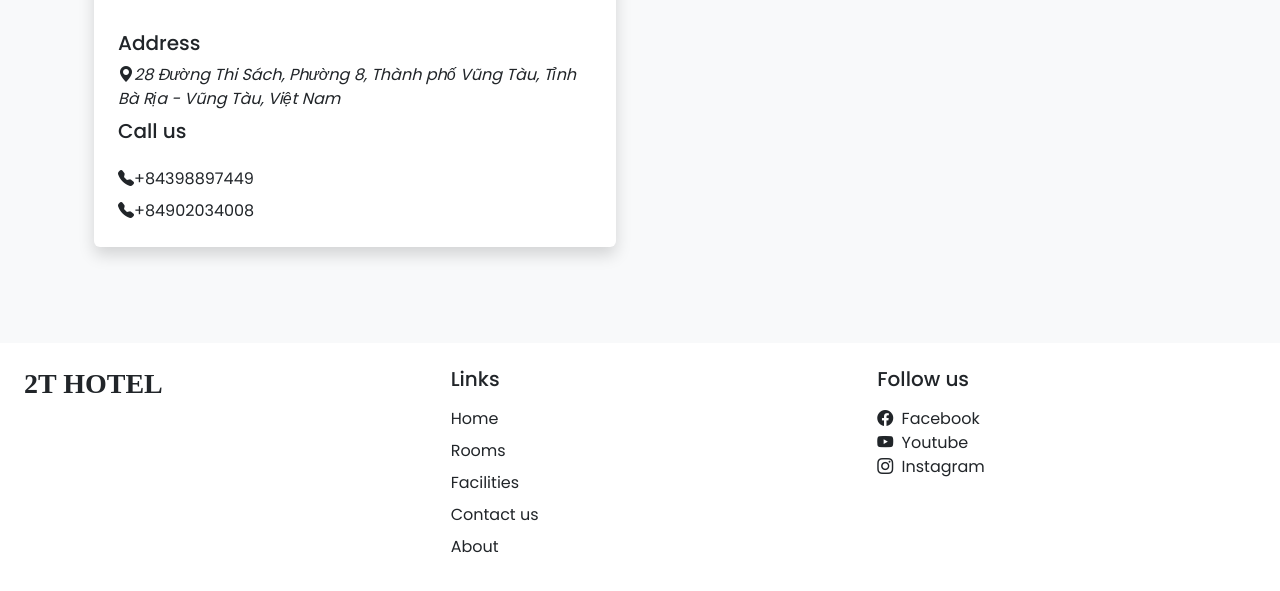
Repository: TaTongThanh2003/DoAnCoSo2024_BookingHotelWebsite
Page: http://localhost/WebsiteBookingHotel/contact.php
An editor plug-in stored every save of this project. The page is shown before and after the next save, followed by the edit.
The browser window is 1280 px wide. The pictures show the part of the page from y = 604 to 1203 px (the page is 1195 px tall before and 1203 px after).
Some web fonts or font styles are not loaded; a fallback is used. The page is run by PHP 8.4 with error messages shown; the project is at /var/www/html/.

Above is the page before, as saved 2024-03-22 14:37:58.

After the next save:
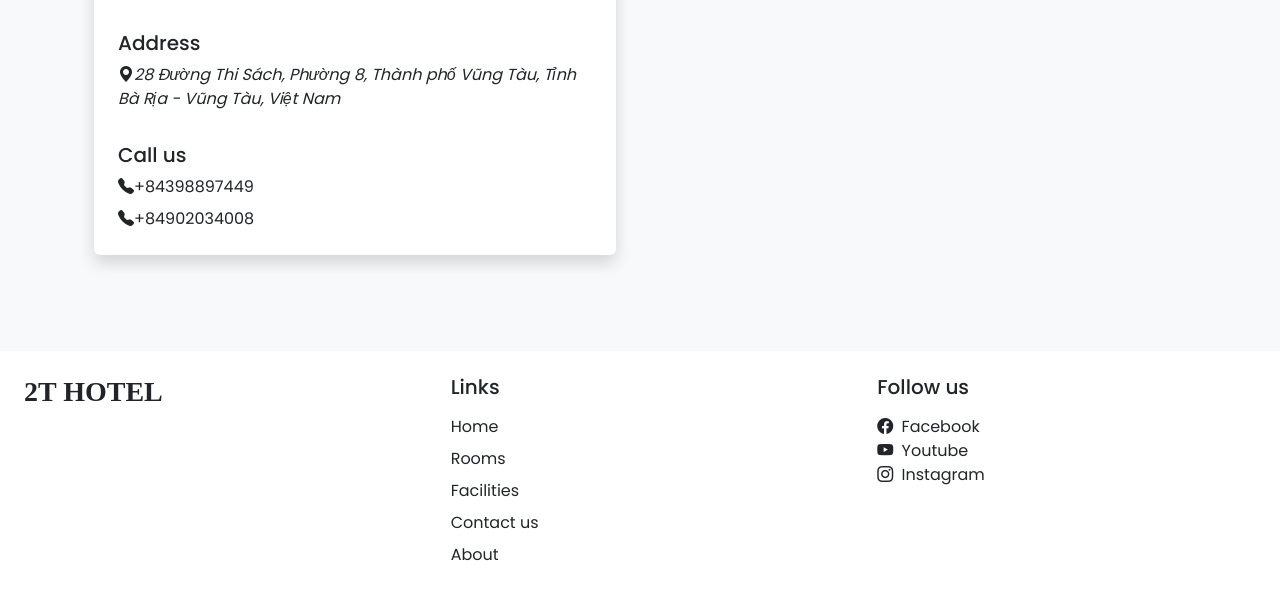
Saved 7 s later.
--- a/WebsiteBookingHotel/contact.php
+++ b/WebsiteBookingHotel/contact.php
@@ -48,7 +48,7 @@
                         <i class="bi bi-geo-alt-fill">28 Đường Thi Sách, Phường 8, Thành phố Vũng Tàu,
                             Tỉnh Bà Rịa - Vũng Tàu, Việt Nam</i>
                     </a>
-                    <h5 class="mb-4">Call us</h5>
+                    <h5 class="mt-4">Call us</h5>
                     <a href="tel: +84398897449" class="d-inline-block mb-2 text-decoration-none text-dark">
                         <i class="bi bi-telephone-fill"></i>+84398897449
                     </a>
